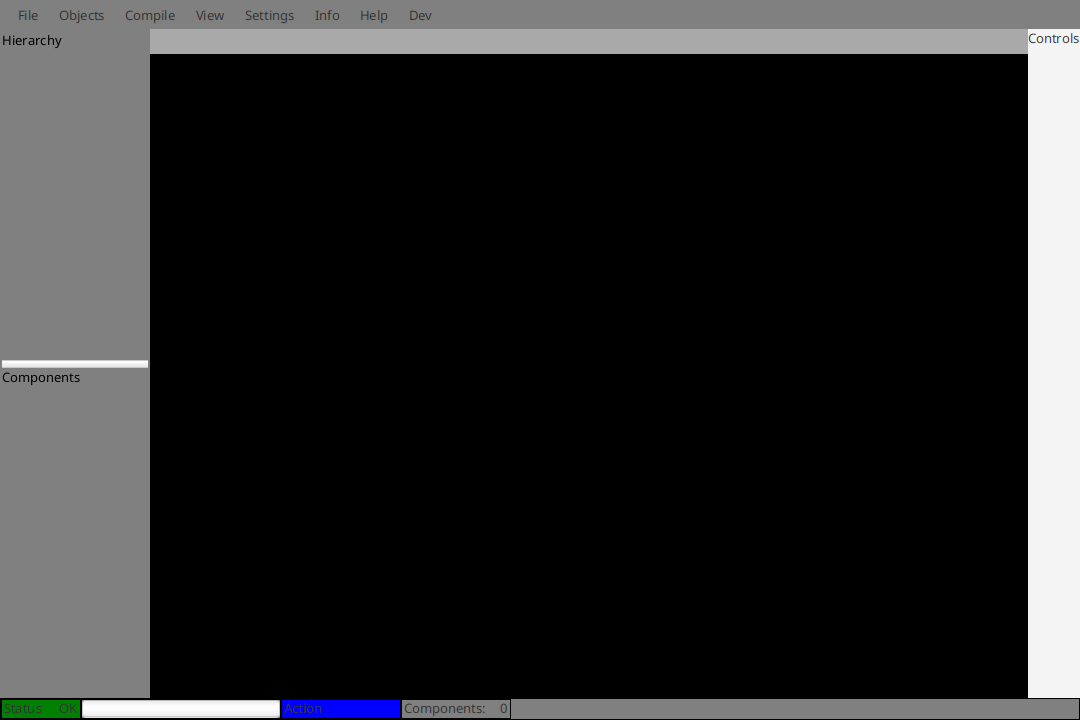
Repository: knoxaramav2/Sapa
Program's window: java nSketch/nSketch/src/system/Launcher.java
An editor plug-in stored every save of this project. The program's window is shown before and after the next save, followed by the edit.
It runs on Java 21 on a 1366 x 768 screen with JavaFX 11; the title bar is not drawn.

Above is the program's window before, as saved 2016-02-29 04:04:33.

### nSketch/nSketch/src/system/Launcher.java
package system;

import gui.Controller;
import gui.SubController;
import javafx.application.Application;
import javafx.event.ActionEvent;
import javafx.event.EventHandler;
import javafx.fxml.FXMLLoader;
import javafx.scene.Parent;
import javafx.scene.Scene;
import javafx.scene.control.Button;
import javafx.scene.layout.StackPane;
import javafx.stage.Stage;

public class Launcher extends Application{

	int defaultWidth = 1080;
	int defaultHeight = 720;

	public static void main(String[] args) {
		launch(args);
	}

	@Override
	public void start(Stage primaryStage) throws Exception {

		Controller CT = new Controller(new Settings(primaryStage), primaryStage);//primary controller
		FXMLLoader loader = new FXMLLoader(getClass().getResource("../gui/Layout.fxml"));//load primary FXML

		loader.setController(CT);

		loader.load();


		Scene scene = new Scene(loader.getRoot(),defaultWidth,defaultHeight);

		primaryStage.setScene(scene);
		primaryStage.show();
	}

}

### nSketch/nSketch/src/gui/Controller.java
package gui;

import java.awt.Desktop;
import java.io.File;
import java.io.FileInputStream;
import java.io.IOException;

import javafx.event.ActionEvent;
import javafx.fxml.FXML;
import javafx.fxml.FXMLLoader;
import javafx.scene.Parent;
import javafx.scene.Scene;
import javafx.scene.control.Button;
import javafx.scene.control.Label;
import javafx.scene.text.Text;
import javafx.stage.FileChooser;
import javafx.stage.FileChooser.ExtensionFilter;
import javafx.stage.Modality;
import javafx.stage.Stage;
import javafx.stage.StageStyle;
import system.Settings;

public class Controller {

	//Held References
	SubController sCT = null;

	Settings settings = null;
	Stage stage = null;

	@FXML Label statusLabel;
	@FXML Label actionLabel;

	public Controller(Settings st, Stage pStage)
	{
		System.out.println("Controller created");
		settings=st;

		//Load controls
		sCT = new SubController(st, pStage);
		stage=pStage;
	}


	@FXML private Text actionTarget;

	@FXML protected void actAbout(ActionEvent event)
	{
		System.out.println("About Pressed");

		try {
			FXMLLoader fxmlLoader = new FXMLLoader(getClass().getResource("About.fxml"));
			Parent root = (Parent) fxmlLoader.load();
			Stage stage = new Stage();
			stage.initModality(Modality.APPLICATION_MODAL);
			stage.setTitle("About");
			stage.setScene(new Scene(root));
			stage.show();

		} catch (IOException e) {
			// TODO Auto-generated catch block
			e.printStackTrace();
		}
	}

	@FXML protected void actExit(ActionEvent event)
	{
		System.exit(0);
	}

	@FXML protected void actProjectSettings(ActionEvent event)
	{
		System.out.println("Configure Project");

		if (!settings.isProjectActive())
			return;

		try {
			FXMLLoader prjLoader = new FXMLLoader(getClass().getResource("../gui/ProjectSettings.fxml"));//load project settings XML
			prjLoader.setController(sCT);
			Parent root = (Parent) prjLoader.load();
			sCT.LoadForm();
			Stage stage = new Stage();
			stage.initModality(Modality.APPLICATION_MODAL);
			stage.setTitle("Project Settings");
			stage.setScene(new Scene(root));
			stage.show();
		} catch (IOException e) {
			System.out.println("Failed to open configure dialog");
			e.printStackTrace();
		}
	}

	@FXML protected void actDev(ActionEvent event)
	{

		setStatus("Dev");

		try {
			FXMLLoader fxmlLoader = new FXMLLoader(getClass().getResource("Popup.fxml"));
			Parent root = (Parent) fxmlLoader.load();
			Stage stage = new Stage();
			stage.initModality(Modality.APPLICATION_MODAL);
			stage.setTitle("About");
			stage.setScene(new Scene(root));
			stage.show();

		} catch (IOException e) {
			// TODO Auto-generated catch block
			e.printStackTrace();
		}
	}

	@FXML protected void actNewProject(ActionEvent event)
	{
		System.out.println("New Project");

		//prompt for save or cancel
		if (settings.isProjectActive())
		{

		}

		try {
			FXMLLoader npWizard = new FXMLLoader(getClass().getResource("../gui/NewProject.fxml"));//new Project Wizard
			npWizard.setController(sCT);
			Parent root = (Parent) npWizard.load();
			sCT.LoadForm();
			Stage stage = new Stage();
			stage.initModality(Modality.APPLICATION_MODAL);
			stage.setTitle("Project Wizard");
			stage.setScene(new Scene(root));
			stage.show();

		} catch (IOException e) {
			// TODO Auto-generated catch block
			e.printStackTrace();
		}
	}

	@FXML protected void actLoadProject(ActionEvent event)
	{
		System.out.println("Load Project");

		FileChooser fc = new FileChooser();
		fc.setTitle("Open Project File");
		fc.setInitialDirectory(new File(settings.getProjectPath()));

		FileChooser.ExtensionFilter filter = new FileChooser.ExtensionFilter("nSketch Project (*.cns)", "*.cns");
		fc.getExtensionFilters().add(filter);

		File file = fc.showOpenDialog(stage);
		if (file!=null)
		{
			loadProjectFile(file);
		} else
			return;
	}

	@FXML protected void actSaveProject(ActionEvent event)
	{
		System.out.println("Save Project");
	}


	//Utility methods
	protected void loadProjectFile(File file)
	{

		System.out.println(file.getName());
	}

	public void setStatus(String msg)
	{
		statusLabel.setText(msg);
	}
}

### nSketch/nSketch/src/system/Settings.java
package system;

import java.util.ArrayList;

import javafx.stage.Stage;

class Version
{
	int MAJOR;
	int MINOR;
	int PATCH;

	public Version()
	{
		MAJOR=0;
		MINOR=0;
		PATCH=0;
	}

	@Override
	public
	String toString()
	{
		return new String(Integer.toString(MAJOR)+"."+Integer.toString(MINOR)+"."+Integer.toString(PATCH));
	}
}

/*
 * Stores all project information
 *
 */
public class Settings {

	//project information
	String projectName = null;
	String projectPath = null;
	Version version = null;
	Boolean activeProject = null;
	ArrayList <String> fileList = null;

	//Compiler Settings
	Boolean bitmode64;
	String interLang;

	//Biology Globals
	public Double ECSC;//extra cellular space concentration
	public Integer TDF;//time dilation factor

	//system references
	Stage primaryStage = null;

	//file tracking
	ArrayList <String> ProjectFiles = null;

	public Settings(Stage stg)
	{
		projectName = new String();
		projectPath = new String();
		version = new Version();
		activeProject=new Boolean(false);
		fileList = new ArrayList <String>();

		bitmode64 = new Boolean(true);
		interLang = new String("C");

		ECSC = new Double(0.0);
		TDF = new Integer(1);

		primaryStage = stg;

		setProjectName("untitled");
		setProjectPath("projects/");
	}

	public void setProjectName(String name)
	{
		projectName=name;

		projectPath=new String(projectPath+projectName);

		primaryStage.setTitle("nSketch    - "+name);

		System.out.println("Project name set to "+name);
	}

	public void setVersion(int M, int m, int p)
	{
		version.MAJOR=M;
		version.MINOR=m;
		version.PATCH=p;
	}

	public String getProjectName()
	{
		return projectName;
	}

	public Boolean isProjectActive()
	{
		return activeProject;
	}

	public String getProjectPath()
	{
		return projectPath;
	}

	public String getPath()
	{
		return new String(projectPath+projectName+"/");
	}

	public String getVersion()
	{
		return version.toString();
	}

	public String getInterLang()
	{
		return interLang;
	}

	public ArrayList<String> getFileList()
	{
		return fileList;
	}

	public Boolean is64bit()
	{
		return bitmode64;
	}

	public void setProjectPath(String path)
	{
		System.out.println("Settings path to "+path);
		projectPath=path;
	}

	public void setProjectActive(Boolean state)
	{
		activeProject=state;
	}

}

### nSketch/nSketch/src/gui/SubController.java
package gui;

import java.io.File;
import java.io.IOException;

import appFields.VersionField;
import fileIo.ProjectWriter;
import javafx.event.ActionEvent;
import javafx.fxml.FXML;
import javafx.scene.control.Button;
import javafx.scene.control.RadioButton;
import javafx.scene.control.TextField;
import javafx.scene.text.Text;
import javafx.stage.DirectoryChooser;
import javafx.stage.Stage;
import system.FileUtility;
import system.Settings;

public class SubController {

	//User mutable data
	Settings settings = null;
	Stage stage;

	@FXML private TextField prjSetName;
	@FXML private TextField prjPath;
	@FXML private VersionField prjVers;
	@FXML private Button prjSetCancel;
	@FXML private Button prjSetConfirm;
	@FXML private Button prjFileIO;
	@FXML private RadioButton rb1, rb2;

	public SubController(Settings st, Stage stg)
	{
		System.out.println("SubController created");

		settings=st;
		stage=stg;

		prjSetName = new TextField();
		prjPath = new TextField();
	}

	public void LoadForm()
	{
		prjSetName.setText(settings.getProjectName());
		prjPath.setText(settings.getProjectPath());
		rb1.setSelected(true);
		rb2.setSelected(false);
	}

	@FXML protected void actConfirmSettings(ActionEvent event)
	{
		System.out.println("Confirmed Settings");

		//load current information

		//copy data to settings
		settings.setProjectName(prjSetName.getText());

		System.out.println("--> "+prjSetName.getText());


		ProjectWriter.saveProject(settings);

		((Stage) prjSetConfirm.getScene().getWindow()).close();
	}

	@FXML protected void actCancelSettings(ActionEvent event)
	{
		System.out.println("Canceled Settings");

		((Stage) prjSetCancel.getScene().getWindow()).close();

	}

	@FXML protected void actConfirmNewProject(ActionEvent event)
	{
		System.out.println("Project Wizard Confirmation");

		//Validate controls
			//Verify output is unused
		System.out.println("Checking for path or file "+settings.getProjectPath()+prjSetName.getText());
		if (FileUtility.PathExists(settings.getProjectPath()+prjSetName.getText()))
		{
			//path exists
			System.out.println("Project already exists");
		}
		//Create new project files
		settings.setProjectName(prjSetName.getText());
		settings.setProjectPath(prjPath.getText());



		if (ProjectWriter.writeProjectFile(settings))
			settings.setProjectActive(true);
		else
			System.out.println("Project unable to be created");

		((Stage) prjSetConfirm.getScene().getWindow()).close();
	}

	@FXML protected void actCancelNewProject(ActionEvent event)
	{
		System.out.println("Canceled Settings");

		((Stage) prjSetCancel.getScene().getWindow()).close();
	}

	@FXML protected void actSelectPath(ActionEvent event)
	{
		System.out.println("Select Path");

		DirectoryChooser dc = new DirectoryChooser();

		dc.setTitle("Select Project Parent Directory");
		File pth = dc.showDialog(stage);

		if (pth!=null)
		{
			try {
				settings.setProjectPath(pth.getCanonicalPath());
				this.LoadForm();
			} catch (IOException e) {
				// TODO Auto-generated catch block
				e.printStackTrace();
			}
		}
	}
}

### nSketch/nSketch/src/gui/Layout.fxml
<?xml version="1.0" encoding="UTF-8"?>

<?import java.net.*?>
<?import javafx.geometry.*?>
<?import javafx.scene.control.*?>
<?import javafx.scene.layout.*?>
<?import javafx.scene.text.*?>
<?import javafx.scene.layout.VBox?>
<?import javafx.scene.control.SplitPane?>
<?import javafx.scene.layout.Pane?>

<BorderPane xmlns:fx="http://javafx.com/fxml"
	prefHeight="720" prefWidth="1080">

	<bottom>
		<GridPane fx:id="statusPane" prefHeight="20.0" BorderPane.alignment="CENTER"
			style="-fx-background-color:gray; -fx-border-color:black;  -fx-border-width:1; -fx-border-style:solid">
			<AnchorPane style="-fx-border-color:black; -fx-background-color:green" fx:id="statusPane"
				GridPane.columnIndex="0" GridPane.rowIndex="0"
				prefWidth="80">
				<Label text="Status " AnchorPane.leftAnchor="2"/>
				<Label text="OK" fx:id="statusLabel" AnchorPane.rightAnchor="2"/>
			</AnchorPane>
			<ProgressBar fx:id="loadBar" prefHeight="20.0" prefWidth="200" BorderPane.alignment="CENTER" progress="0"
				style="-fx-background-color:gray; -fx-border-color:black;  -fx-border-width:1; -fx-border-style:solid"
				GridPane.columnIndex="1" GridPane.rowIndex="0"/>
			<AnchorPane style="-fx-border-color:black; -fx-background-color:blue" fx:id="actionPane"
				GridPane.columnIndex="2" GridPane.rowIndex="0"
				prefWidth="120">
				<Label text="Action " AnchorPane.leftAnchor="2"/>
				<Label text="" fx:id="actionLabel" AnchorPane.rightAnchor="2"/>
			</AnchorPane>
			<AnchorPane style="-fx-border-color:black" fx:id="statsPane"
				GridPane.columnIndex="3" GridPane.rowIndex="0"
				prefWidth="110">
				<Label text="0" AnchorPane.rightAnchor="2"/>
				<Label text="Components:" fx:id="componentLabel" AnchorPane.leftAnchor="2"/>
			</AnchorPane>
		</GridPane>
	</bottom>
	<left>
		<SplitPane fx:id="lPane" orientation="VERTICAL" style="-fx-background-color:gray; -fx-border-color:gray; -fx-border-width:1; -fx-border-style:solid"
			dividerPositions="0.5" maxHeight="-Infinity" maxWidth="-Infinity" prefHeight="1080" prefWidth="150">
			<items>
				<ScrollPane fx:id="hierarchyPane" style="-fx-background:gray">
					<content>
						<VBox alignment="center">
							<Label text="Hierarchy"/>
							<!-- Current Project Levels -->
						</VBox>
					</content>
				</ScrollPane>
				<ScrollPane fx:id="componentPane" style="-fx-background:gray">
					<content>
						<VBox alignment="center">
							<Label text="Components"/>
							<!-- Current Component templates -->
						</VBox>
					</content>
				</ScrollPane>
			</items>
		</SplitPane>
	</left>
	<top>
		<MenuBar fx:id="menuBar" style="-fx-background-color:gray">
	      <menus>
	         <Menu text="File">
	            <items>
	               <MenuItem text="New Project" onAction="#actNewProject"/>
	               <MenuItem text="Open Project" onAction="#actLoadProject"/>
	               <MenuItem text="Save Project" onAction="#actSaveProject"/>
	               		<SeparatorMenuItem />
	               <MenuItem text="New Diagram"/>
	               <MenuItem text="Open Diagram"/>
	               <MenuItem text="Import Diagram"/>
	               <MenuItem text="Save Diagram"/>
	               <MenuItem text="Save Diagram As"/>
	               		<SeparatorMenuItem  />
	               <MenuItem text="Exit" onAction="#actExit"/>
	            </items>
	         </Menu>
	         <Menu text="Objects">
	            <items>
	               <MenuItem text="View Objects"/>
	               		<SeparatorMenuItem />
	               <MenuItem text="Define New"/>
	            </items>
	         </Menu>
	         <Menu text="Compile">
	            <items>
	               <MenuItem text="Export Connectome"/>
	               <MenuItem text="Compile to Runnable"/>
	            </items>
	         </Menu>
	         <Menu text="View">
	            <items>
	               <MenuItem text="View Settings"/>
	            </items>
	         </Menu>
	         <Menu text="Settings">
	            <items>
	               <MenuItem text="Configure Project" onAction="#actProjectSettings"/>
	               <MenuItem text="Compilation Settings"/>
	               <MenuItem text="Project Settings"/>
	            </items>
	         </Menu>
	         <Menu text="Info">
	            <items>
	               <MenuItem text="Statistics"/>
	            </items>
	         </Menu>
	         <Menu text="Help">
	            <items>
	               <MenuItem text="About" onAction="#actAbout"/>
	            </items>
	         </Menu>
	         <Menu text="Dev">
	            <items>
	               <MenuItem text="Test Feature" onAction="#actDev"/>
	            </items>
	         </Menu>
	      </menus>
	   </MenuBar>
	  </top>
	<center>
		<VBox>
			<children>
				<TabPane style="-fx-background-color:darkgray" minHeight="25">

				</TabPane>
				<Pane style="-fx-background-color:black" prefHeight="720">

				</Pane>
			</children>
		</VBox>
	</center>
	<right>
		<VBox>
		<Label text="Controls"/>
		</VBox>
	</right>

</BorderPane>

After the next save:
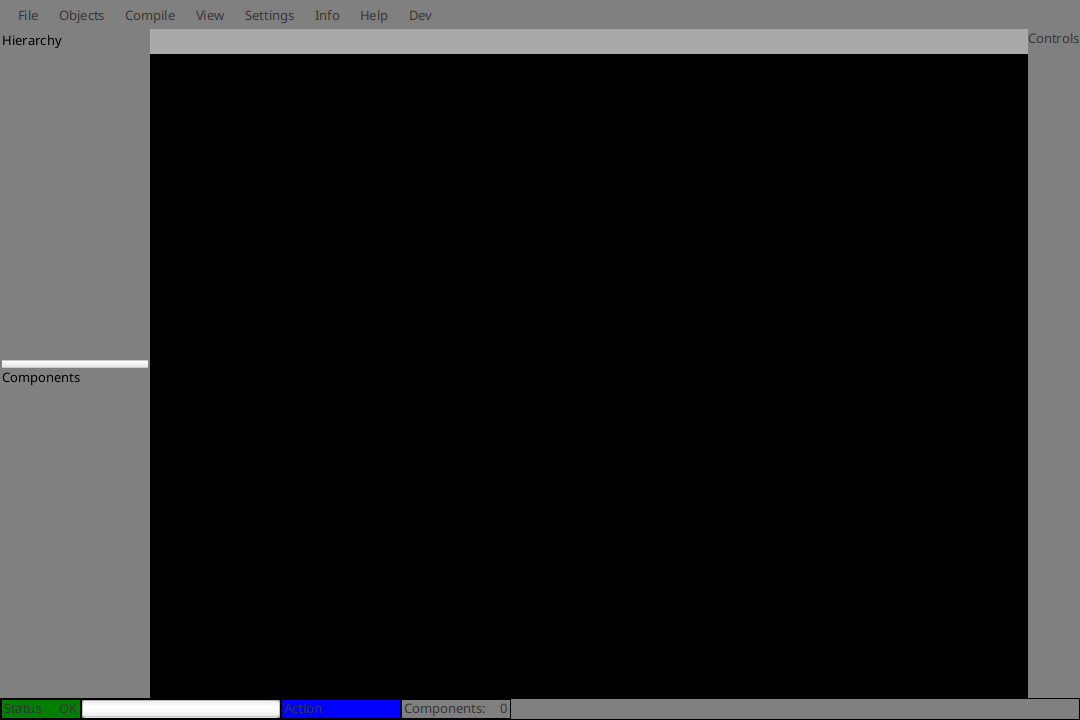
Saved 27 s later.
--- a/nSketch/nSketch/src/gui/Layout.fxml
+++ b/nSketch/nSketch/src/gui/Layout.fxml
@@ -135,8 +135,8 @@
 		</VBox>
 	</center>
 	<right>
-		<VBox>
-		<Label text="Controls"/>
+		<VBox style="-fx-background-color:gray">
+			<Label text="Controls"/>
 		</VBox>
 	</right>
 
